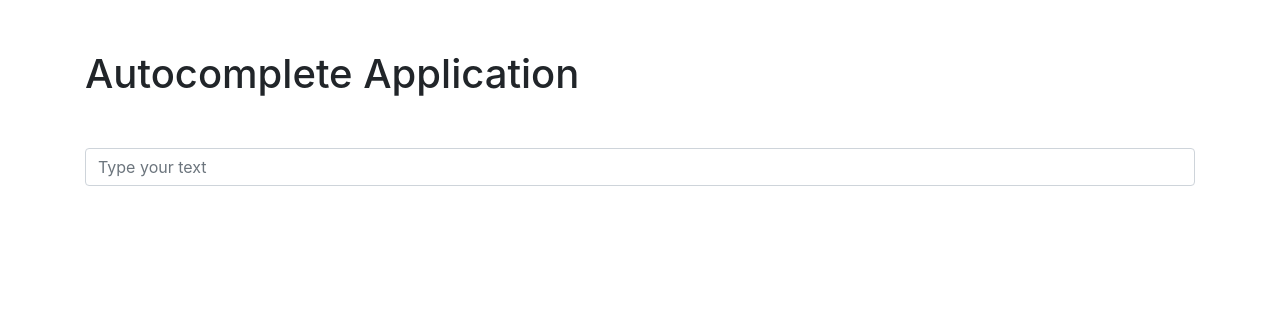
Repository: purnimapatel/auto_complete_using_trie
Page: index.html
An editor plug-in stored every save of this project. The page is shown before and after the next save, followed by the edit.
The browser window is 1280 px wide. The pictures show the whole page.

Above is the page before, as saved 2025-03-29 12:52:02.

### index.html
<!DOCTYPE html>
<html lang="en">

<head>
    <meta charset="UTF-8">
    <meta name="viewport" content="width=device-width, initial-scale=1.0">
    <link href="./index.css" rel="stylesheet">
    <link rel="stylesheet" href="https://stackpath.bootstrapcdn.com/bootstrap/4.5.0/css/bootstrap.min.css"
        integrity="sha384-9aIt2nRpC12Uk9gS9baDl411NQApFmC26EwAOH8WgZl5MYYxFfc+NcPb1dKGj7Sk" crossorigin="anonymous">
    <title>Autocomplete Application</title>
</head>

<body>
    <header>
        <div class="container">
            <h1 class="top">Autocomplete Application</h1>
        </div>
    </header>

    <main>

        <div class="container top">
            <div class="input-group mb-3">
                <input type="text" class="form-control" placeholder="Type your text" id="text-box">
            </div>
            <ul id="list" class="list-group">
            </ul>

        </div>
    </main>

    <script src="./js/trie.js"></script>
    <script src="./js/data.js"></script>
    <script src="./js/index.js"></script>

</body>

</html>

### index.css
.top{
    margin-top: 50px;
}

.clickable{
    cursor: pointer;
}

### js/trie.js
function makeNode(ch) {
    this.ch = ch;
    this.isTerminal = false;
    this.map = {};
    this.words = [];
}

function add(str, i, root) {

    if (i === str.length) {
        root.isTerminal = true;
        return;
    }

    if (!root.map[str[i]])
        root.map[str[i]] = new makeNode(str[i]);

    root.words.push(str);
    add(str, i + 1, root.map[str[i]]);
}

function search(string, i, root){
    if(string.length === 0){
        return[];
    }
    if(i === string.length){
        return root.words;
    }
    if(!root.map[string[i]]){
        return[];
    }
    return search(string, i+1, root.map[string[i]]);

}

### js/data.js
const items = [
    "how to learn dsa",
    "Hello World",
    "apple",
    "app",
    "Avishkaar",
    "How to install Anaconda",
    "How to create youtube shorts",
    "Happy Coding",
    "What is Dark Web",
    "Learn DSA with Pepcoding",
    "Nados Info",
    "Learn with NADOS",
    "Mango",
    "Application",
    "What is WWW.",
    "Inner engineering",
    "World Wide Web",
    "Random Access Memory",
    "Roadways info",
    "Placement",
    "how to prepare for product based companies",
    "what is fullform of",
    "what is fullform of ISRO",
    "what is the Barmuda triangle",
    "'Be positive' essay",
    "Uses of Sulphur",
    "Today's Tagline",
    "Dart",
    "Dart Programming",
    "Don 2",
    "DareToCompete",
    "Do's and dont's",
    "The Sun",
    "The Universe",
    "The University",
    "Divide and Rule",
    "Check your Brain age",
    "Concept of Relativity",
    "Concept of Physics",
    "Clear your doubt",
    "Cat",
    "cat",
    "divide and rule",
    "dart",
    "python",
    "c programming",
    "c++ programming concept",
    "Java",
    "java",
    "google",
    "good morning quotes",
    "good quotes",
    "second world war",
    "Good morning",
    "vander waal force",
    "mango",
    "Mango",
    "Most important topics",
    "most important topics for board",
    "Most important topics",
    "flutter",
    "flutter",
    "Go",
    "Golang",
    "go programming language",
    "xylem and phloyem",
    "zoo",
    "wildlife",
    "as well as",
    "Amazing concept",
    "amazing concept",
    "Largest",
    "Low intensity",
    "low intensity",
    "trie",
    "timeline",
    "k-mean clustering",
    "knowledge",
    "knowledge is your power",
    "Know yourself",
    "Examples of",
    "starting of life on the earth",
    "book your show",
    "cookies",
    "domain",
    "element",
    "fear of",
    "gear up",
    "honest talk",
    "is it clear",
    "jk",
    "know your potential",
    "lemon",
    "mongo",
    "note that",
    "operation",
    "pick the correct option",
    "quick",
    "rare element on the earth",
    "seven color of",
    "test your knowledge",
    "use of",
    "vacobulary in",
    "well explained",
    "xyz",
    "yes, start",
    "zone of",
    "Book the ticket",
    "Conceptual understanding",
    "Data analysis",
    "Engagement incremental",
    "Fog and mist",
    "Gear up your progress",
    "How to start coding",
    "Is it right",
    "Jest",
    "K is symbol of",
    "Lotus tample",
    "Magnify",
    "No SQL",
    "Okay means",
    "P-block element",
    "Quartz",
    "Rest state",
    "Seven colour of ",
    "There are how many type of",
    "Uses of",
    "V s l",
    "Wax ",
    "X R",
    "Year ",
    "Zone",
];

### js/index.js

const root = new makeNode('\0');
for (const item of items)
    add(item, 0, root);

const text_box = document.getElementById("text-box");
const list = document.getElementById("list");

function handler(e) {
    const str = e.target.value;
    predictions = search(str, 0, root);

    console.log(predictions);
    list.innerHTML = ""
    for (const prediction of predictions)
        list.innerHTML += `<li class="list-group-item clickable" onclick="handleClick(this)"><b>${str}</b>${prediction.substring(str.length)}</li>`;

}


function handleClick(e) {
    text_box.value = e.innerText;
}

handler({ target: { value: "" } });

if(text_box)
text_box.addEventListener("keyup", handler);

After the next save:
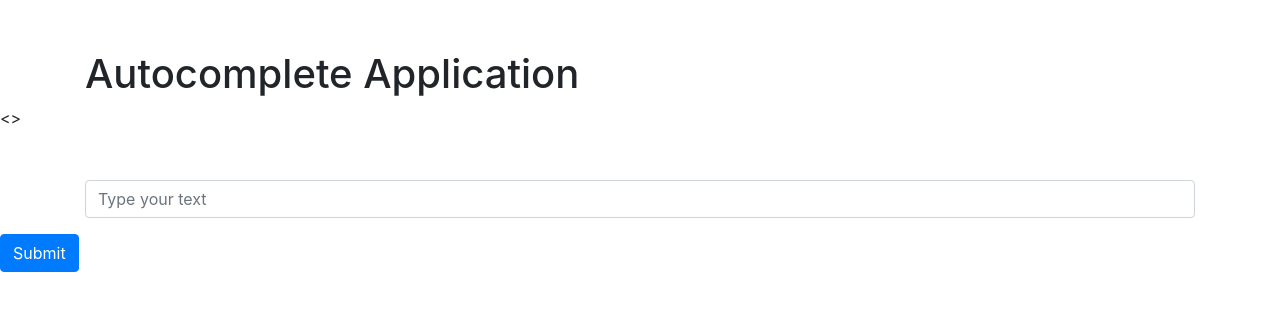
Saved 2 min 46 s later.
--- a/index.html
+++ b/index.html
@@ -17,7 +17,7 @@
         </div>
     </header>
 
-    <main>
+    <>
 
         <div class="container top">
             <div class="input-group mb-3">
@@ -27,6 +27,7 @@
             </ul>
 
         </div>
+        <div><button class="btn btn-primary" onclick="handleClick()">Submit</button></div>
     </main>
 
     <script src="./js/trie.js"></script>
